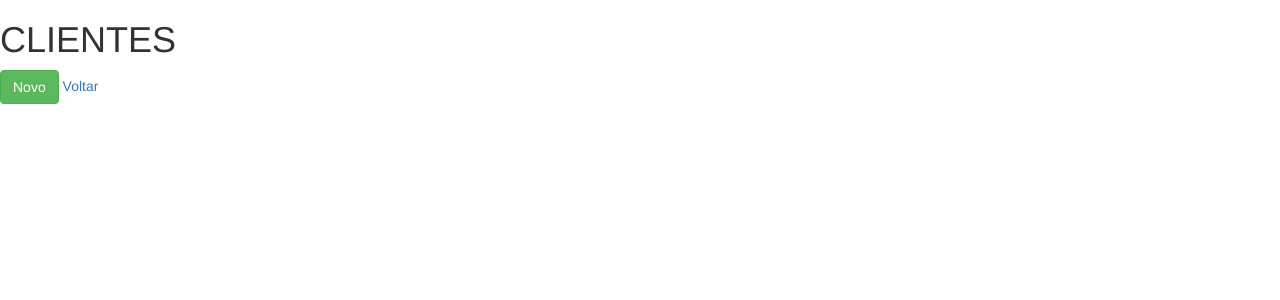
Repository: diegokunha/LojinhaGuru
Page: http://localhost/LojinhaGuru/clientes
These files come from the project's save history. The page is drawn as it stood at one moment and after the next save; the edit follows.
The browser window is 1280 px wide. The pictures show the whole page.
Some web libraries are served in a nearby version. The page is served by Tomcat 9.

Above is the page before, as saved 2017-10-04 00:37:32.

After the next save:
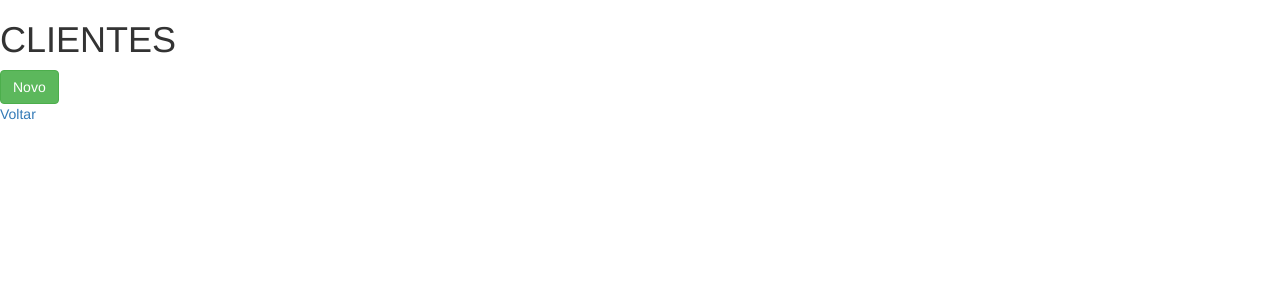
Saved 20 s later.
--- a/LojinhaGuru/WebContent/WEB-INF/views/jsp/clientes.jsp
+++ b/LojinhaGuru/WebContent/WEB-INF/views/jsp/clientes.jsp
@@ -21,7 +21,7 @@
 </head>
 <body>
 	<h1>CLIENTES</h1>
-	<button type="button" class="btn btn-success">Novo</button>
+	<button type="button" class="btn btn-success">Novo</button> <br />
 	<a href="index">Voltar</a>
 </body>
 </html>
